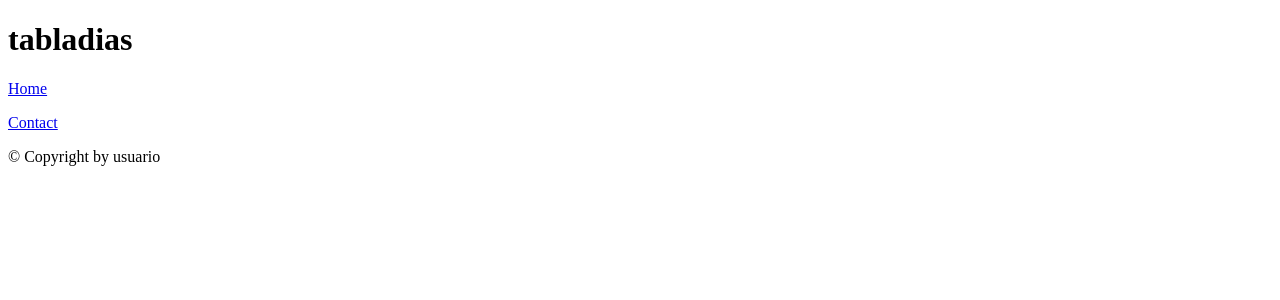
Repository: JMLobato/RolOnline
Page: Aptana Studio 3 Workspace/prueba/tabladias.html
An editor plug-in stored every save of this project. The page is shown before and after the next save, followed by the edit.
The browser window is 1280 px wide. The pictures show the whole page.

Above is the page before, as saved 2016-12-05 11:54:09.

After the next save:
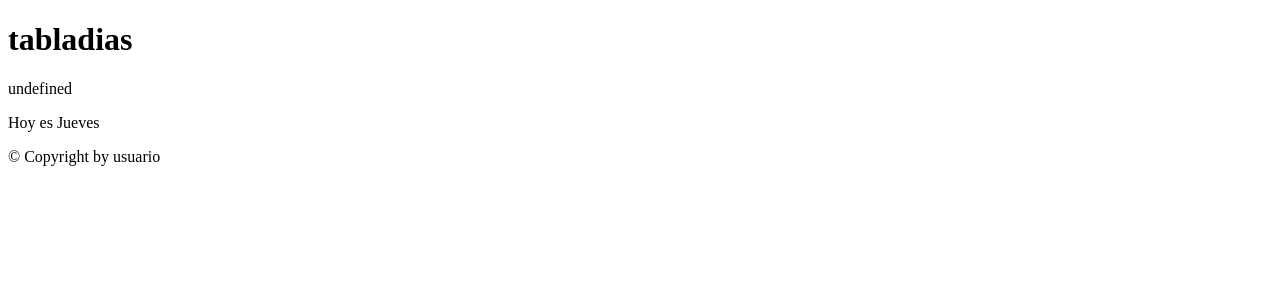
Saved 79 s later.
--- a/Aptana Studio 3 Workspace/prueba/tabladias.html
+++ b/Aptana Studio 3 Workspace/prueba/tabladias.html
@@ -16,6 +16,7 @@
 		<!-- Replace favicon.ico & apple-touch-icon.png in the root of your domain and delete these references -->
 		<link rel="shortcut icon" href="/favicon.ico">
 		<link rel="apple-touch-icon" href="/apple-touch-icon.png">
+		<script type="text/javascript" src="prueba.js"></script>
 	</head>
 
 	<body>
@@ -24,12 +25,10 @@
 				<h1>tabladias</h1>
 			</header>
 			<nav>
-				<p>
-					<a href="/">Home</a>
-				</p>
-				<p>
-					<a href="/contact">Contact</a>
-				</p>
+				<p id="yolo"></p>
+				<script>
+				document.getElementById("yolo").innerHTML=tabla();
+				</script>
 			</nav>
 
 			<div>
--- a/Aptana Studio 3 Workspace/prueba/prueba.js
+++ b/Aptana Studio 3 Workspace/prueba/prueba.js
@@ -46,3 +46,16 @@ function diactual(){
 	var fecha=new Date();
 	document.write("Hoy es "+dias[fecha.getDay()-1]);
 }
+function tabla(){
+
+	var dias=new Array(7);
+	dias[0]="Lunes";
+	dias[1]="Martes";
+	dias[2]="Miercoles";
+	dias[3]="Jueves";
+	dias[4]="Viernes";
+	dias[5]="Sábado";
+	dias[6]="Domingo";
+	var fecha=new Date();
+	document.write("Hoy es "+dias[fecha.getDay()-1]);
+}
